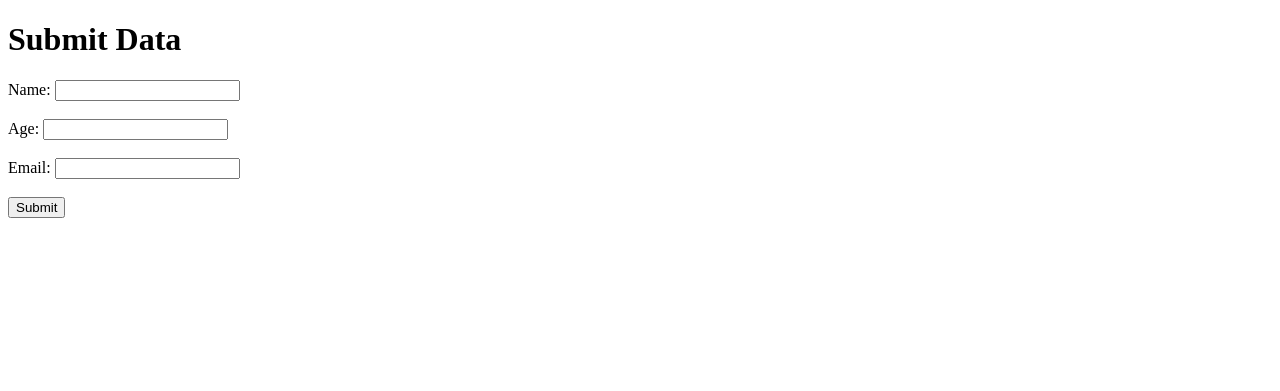
Repository: allaspagnuola/Recipe-Finder
Page: insert.html
The author's editor kept a copy of each file at every save. The page is drawn from the files as they stood at one save, then again after the next save.
The browser window is 1280 px wide. The pictures show the whole page.

Above is the page before, as saved 2024-04-05 00:26:03.

After the next save:
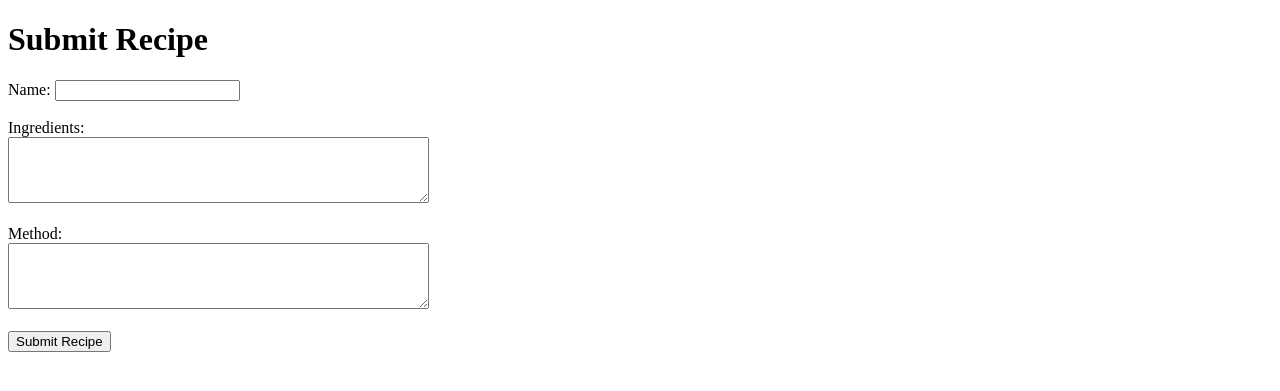
Saved 2 min 51 s later.
--- a/insert.html
+++ b/insert.html
@@ -3,29 +3,32 @@
 <head>
     <meta charset="UTF-8">
     <meta name="viewport" content="width=device-width, initial-scale=1.0">
-    <title>Submit Data</title>
+    <title>Submit Recipe</title>
 </head>
 <body>
-    <h1>Submit Data</h1>
-    <form id="data-form">
+    <h1>Submit Recipe</h1>
+    <form id="recipe-form" action="/insert-one" method="post">
         <label for="name">Name:</label>
         <input type="text" id="name" name="name" required><br><br>
-        <label for="age">Age:</label>
-        <input type="number" id="age" name="age" required><br><br>
-        <label for="email">Email:</label>
-        <input type="email" id="email" name="email" required><br><br>
-        <button type="submit">Submit</button>
+
+        <label for="ingredients">Ingredients:</label><br>
+        <textarea id="ingredients" name="ingredients" rows="4" cols="50" required></textarea><br><br>
+
+        <label for="method">Method:</label><br>
+        <textarea id="method" name="method" rows="4" cols="50" required></textarea><br><br>
+
+        <button type="submit">Submit Recipe</button>
     </form>
 
     <script>
-        document.getElementById("data-form").addEventListener("submit", function(event) {
+        document.getElementById("recipe-form").addEventListener("submit", function(event) {
             event.preventDefault(); // Prevent default form submission
 
             // Get form data
             var formData = {
                 name: document.getElementById("name").value,
-                age: document.getElementById("age").value,
-                email: document.getElementById("email").value
+                ingredients: document.getElementById("ingredients").value,
+                method: document.getElementById("method").value
             };
 
             // Send POST request to Flask server
@@ -39,7 +42,7 @@
             .then(response => response.text())
             .then(data => {
                 console.log(data); // Log server response
-                alert("Data submitted successfully!");
+                alert("Recipe submitted successfully!");
             })
             .catch(error => {
                 console.error("Error:", error);
